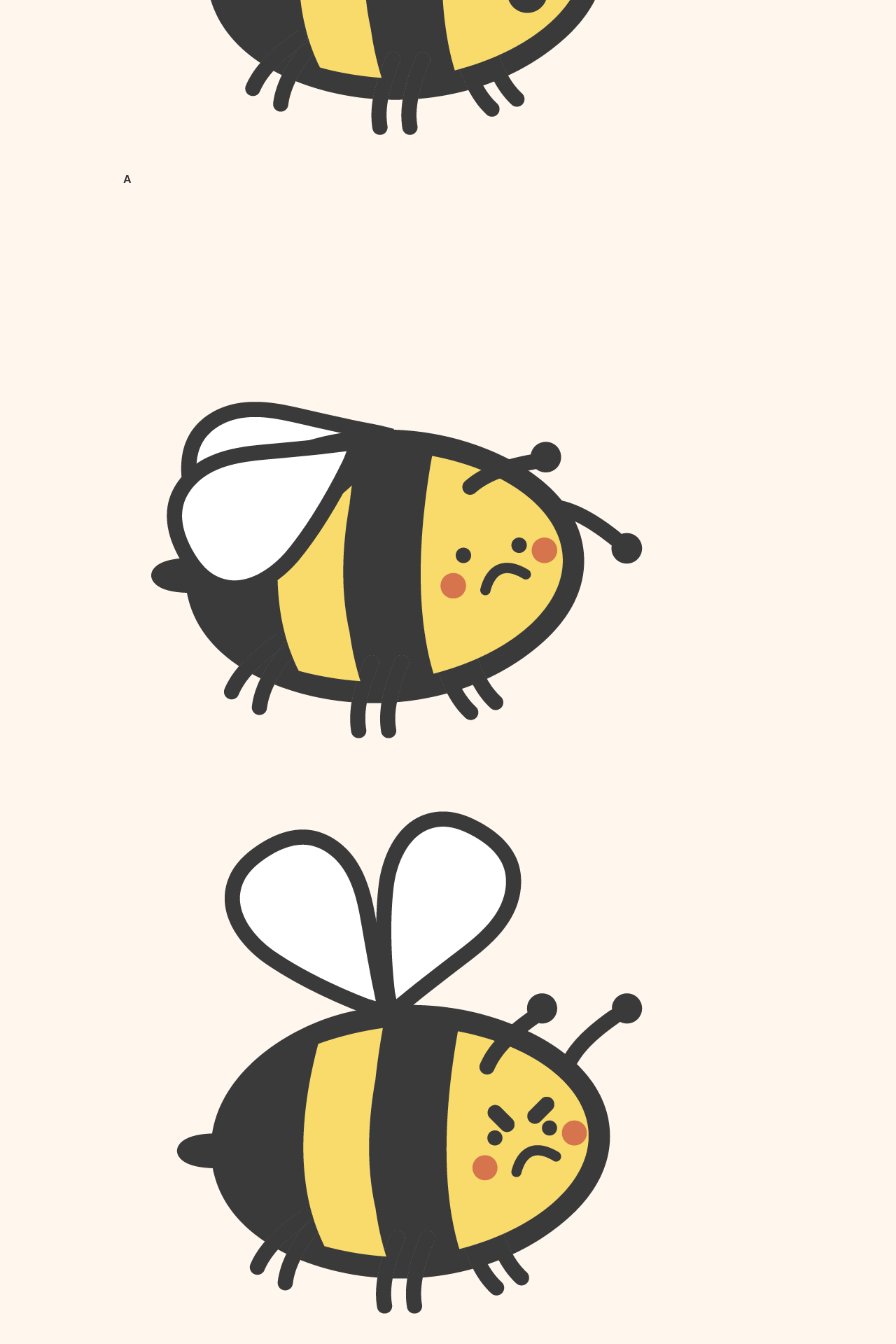
Repository: giovanabirck/beeboo-styleguide
Page: pages/mascot.html
An editor plug-in stored every save of this project. The page is shown before and after a run of saves, followed by the edit.
The browser window is 1280 px wide. The pictures show the part of the page from y = 2547 to 4467 px (the page is 4478 px tall before and 4539 px after), at 70% of full size.
Some web fonts or font styles are not loaded; a fallback is used.

Above is the page before, as saved 2023-03-09 15:09:22.

After the next 6 saves:
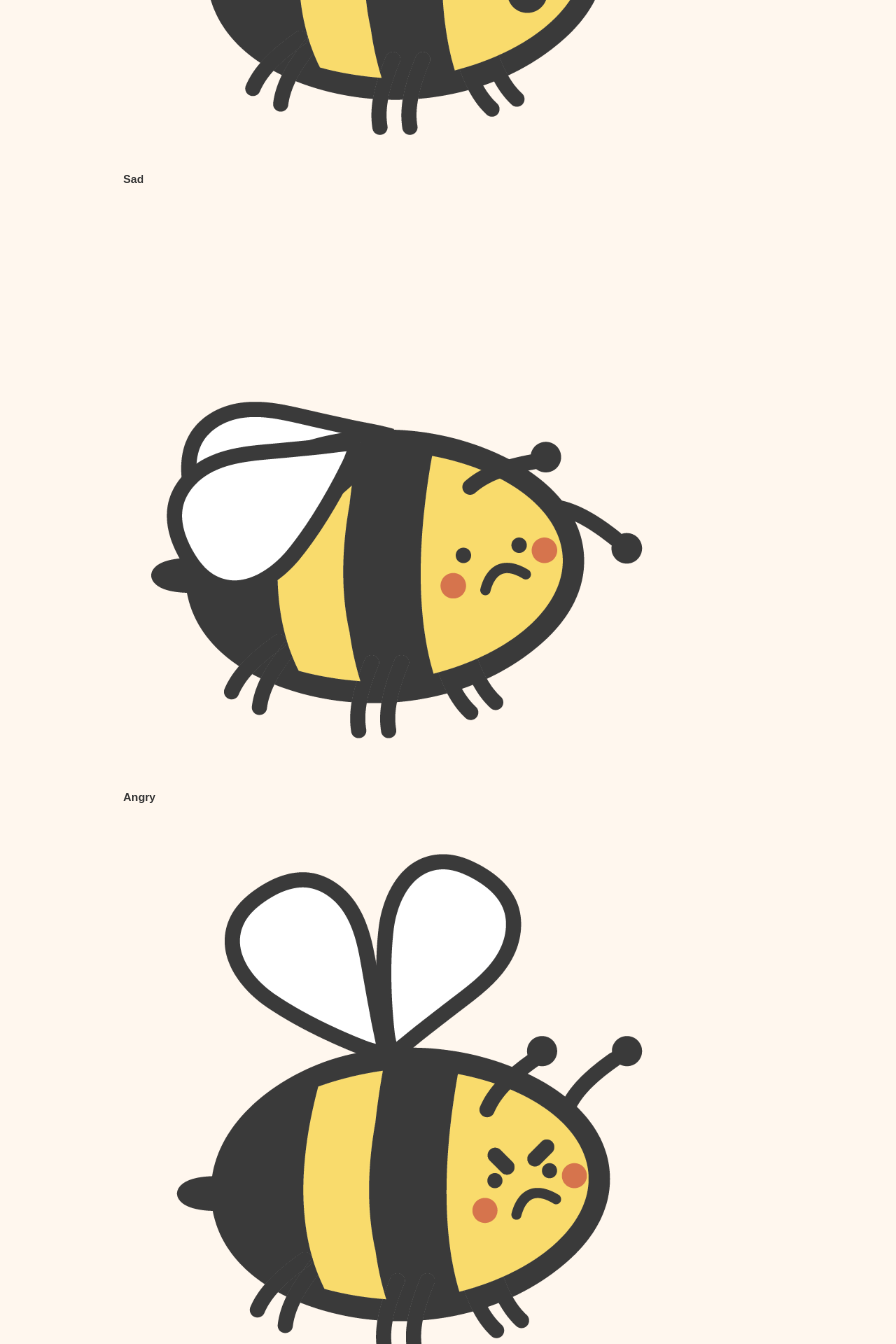
The 6 saves are shown as one change because they came seconds apart.
The last was saved 17 s later.
--- a/pages/mascot.html
+++ b/pages/mascot.html
@@ -87,10 +87,13 @@
                     <img src="/public/mascot/boo-surprised.png" alt="">
                 </div>
                 <div>
-                    <h4>A</h4>
+                    <h4>Sad</h4>
                     <img src="/public/mascot/boo-sad.png" alt="">
                 </div>
-                <img src="/public/mascot/boo-angry.png" alt="">
+                <div>
+                    <h4>Angry</h4>
+                    <img src="/public/mascot/boo-angry.png" alt="">
+                </div>
             </div>
         </div>
 
